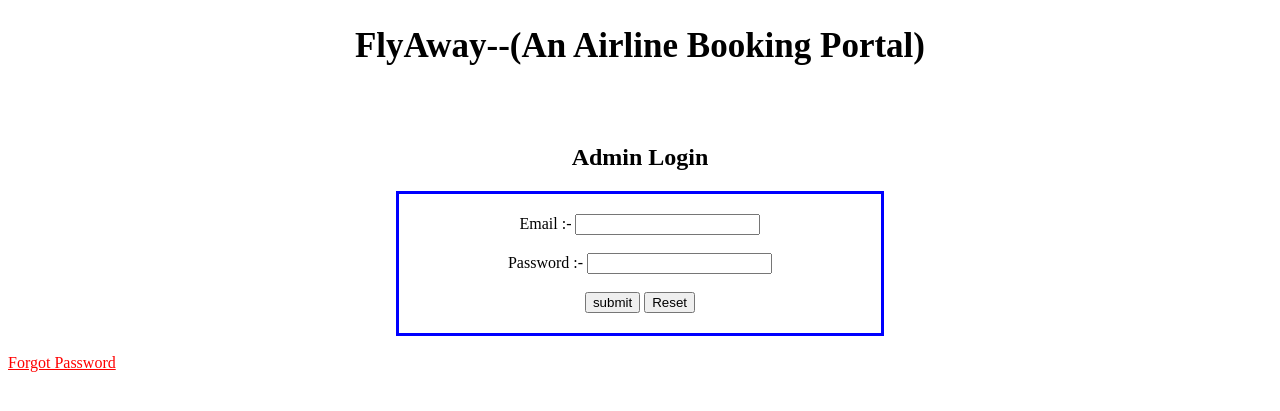
Repository: Vishu4401/FlyAway-An-Airline-Booking-Portal-
Page: http://localhost/FlyAway-An-Airline-Booking-Portal/AdminScreen.jsp
An editor plug-in stored every save of this project. The page is shown before and after the next save, followed by the edit.
The browser window is 1280 px wide. The pictures show the whole page.
The page is served by Tomcat 9. Other server files are loaded and not shown.

Above is the page before, as saved 2022-08-22 07:01:40.

### FlyAway-An-Airline-Booking-Portal/src/main/webapp/AdminScreen.jsp
<%@ page language="java" contentType="text/html; charset=ISO-8859-1"
    pageEncoding="ISO-8859-1"%>
<!DOCTYPE html>
<html>
<head>
<meta charset="ISO-8859-1">
<title>Admin Screen</title>
</head>
<body >
<br>
<a href="HomeScreen.jsp" style="color:black;text-decoration:none ;font-size:35px;font-weight:bold;"><center>FlyAway--(An Airline Booking Portal)</center></a>
<br><br>
<center>
<h2>Admin Login</h2>
<div style="border:3px solid blue;width:35%;padding:20px" align="center">
<form action="AdminLogin.java" method=post>
	<label for=email>Email :-</label> <input type="email" name=email id=email required /><br><br>
	<label for=pass>Password :-</label> <input type="password" name=password id=pass required/><br><br>
	<input type="submit" value=submit /> <input type=reset />
</form>
</div>
</center><br>
<a href="ForgotPassword.jsp" style="font-size:25;color:red;">Forgot Password</a>

<%
	String message=(String)session.getAttribute("message");
	if(message!=null){
%>
<p style="color:silver;"><%=message %></p>
<%
		session.setAttribute("message", null);
	}
%>
</body>
</html>

After the next save:
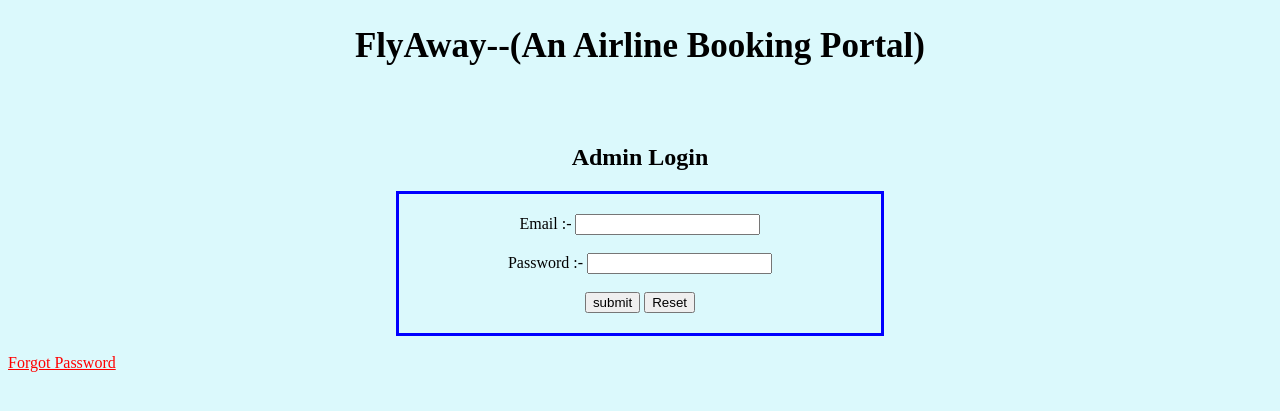
Saved 2 min 20 s later.
--- a/FlyAway-An-Airline-Booking-Portal/src/main/webapp/AdminScreen.jsp
+++ b/FlyAway-An-Airline-Booking-Portal/src/main/webapp/AdminScreen.jsp
@@ -5,6 +5,11 @@
 <head>
 <meta charset="ISO-8859-1">
 <title>Admin Screen</title>
+<style>
+body {
+background-color: #DBF9FC;
+}
+</style>
 </head>
 <body >
 <br>
@@ -13,7 +18,7 @@
 <center>
 <h2>Admin Login</h2>
 <div style="border:3px solid blue;width:35%;padding:20px" align="center">
-<form action="AdminLogin.java" method=post>
+<form action="AdminLogin" method=post>
 	<label for=email>Email :-</label> <input type="email" name=email id=email required /><br><br>
 	<label for=pass>Password :-</label> <input type="password" name=password id=pass required/><br><br>
 	<input type="submit" value=submit /> <input type=reset />
